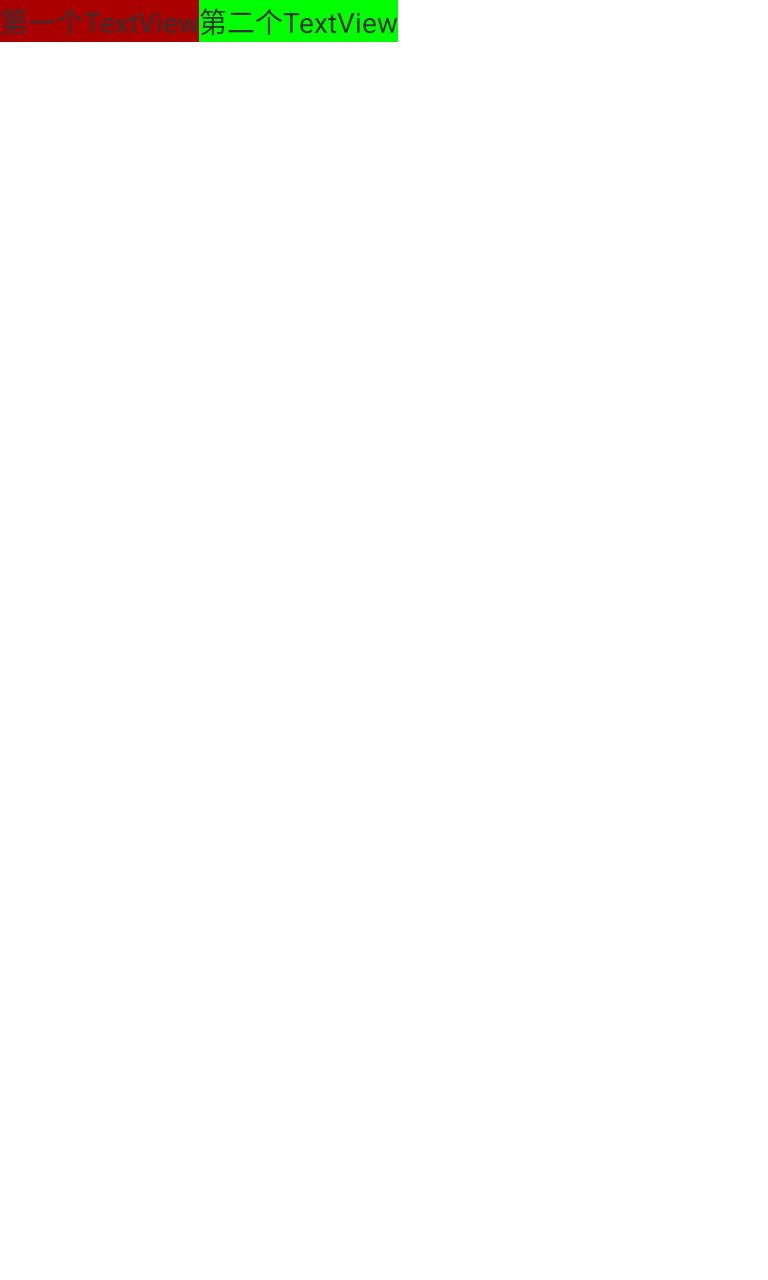
Repository: mrhanliang/Android_4.2
Layout: S01_E13_RelativeLayout/res/layout/activity_main.xml
An editor plug-in stored every save of this project. The layout is shown before and after the next save, followed by the edit.
It is drawn on a 768 x 1280 px phone screen (xhdpi) without system bars, with theme AppTheme; the app's code is not run.

Above is the layout before, as saved 2015-12-02 03:41:39.

### S01_E13_RelativeLayout/res/layout/activity_main.xml
<RelativeLayout xmlns:android="http://schemas.android.com/apk/res/android"
    xmlns:tools="http://schemas.android.com/tools"
    android:layout_width="match_parent"
    android:layout_height="match_parent" >

    <TextView
        android:id="@+id/firstViewId"
        android:layout_width="wrap_content"
        android:layout_height="wrap_content"
        android:text="第一个TextView"
        android:background="#AA0000" />

    <TextView
        android:layout_width="wrap_content"
        android:layout_height="wrap_content"
        android:background="#00FF00"
        android:layout_toRightOf="@id/firstViewId"
        android:text="第二个TextView"
        />

</RelativeLayout>

Loaded but not shown: S01_E13_RelativeLayout/res/values/styles.xml (common file); S01_E13_RelativeLayout/res/values-v11/styles.xml (common file); S01_E13_RelativeLayout/res/values-v14/styles.xml (common file)

After the next save:
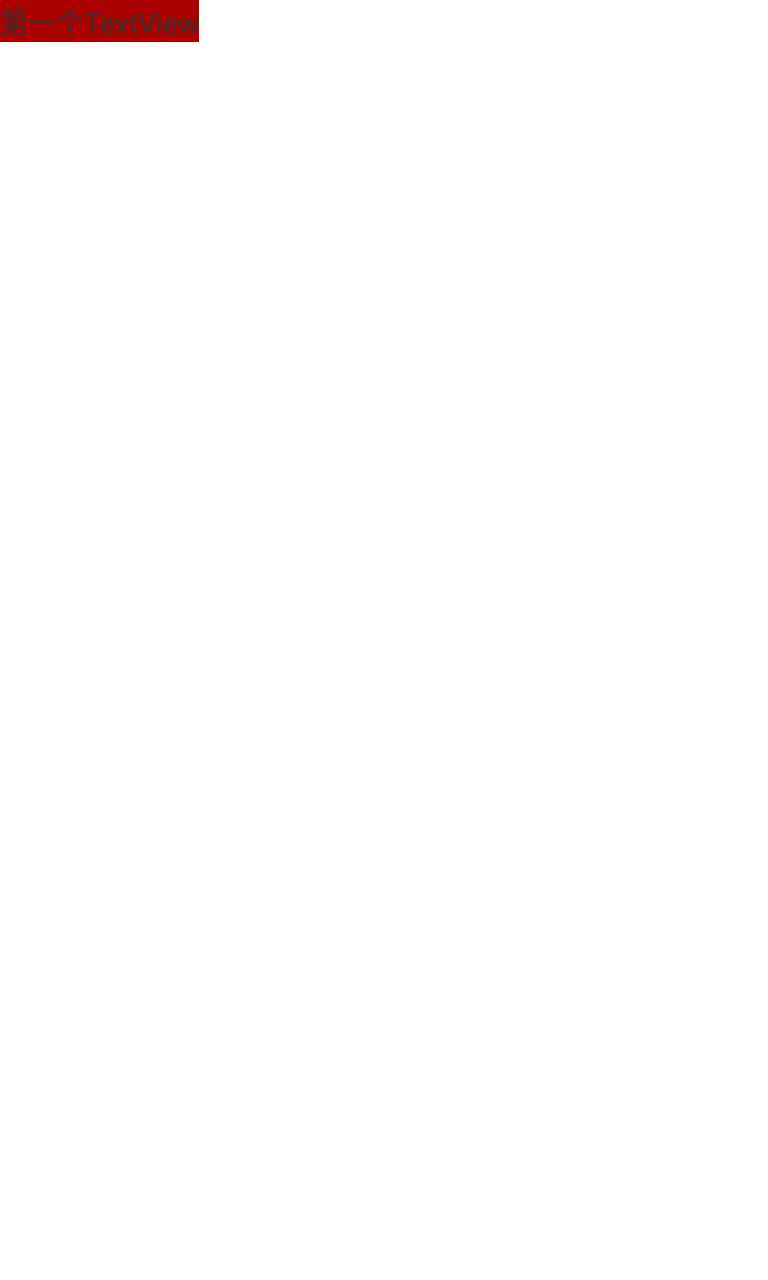
Saved 83 s later.
--- a/S01_E13_RelativeLayout/res/layout/activity_main.xml
+++ b/S01_E13_RelativeLayout/res/layout/activity_main.xml
@@ -14,7 +14,7 @@
         android:layout_width="wrap_content"
         android:layout_height="wrap_content"
         android:background="#00FF00"
-        android:layout_toRightOf="@id/firstViewId"
+        android:layout_toLeftOf="@id/firstViewId"
         android:text="第二个TextView"
         />
 
